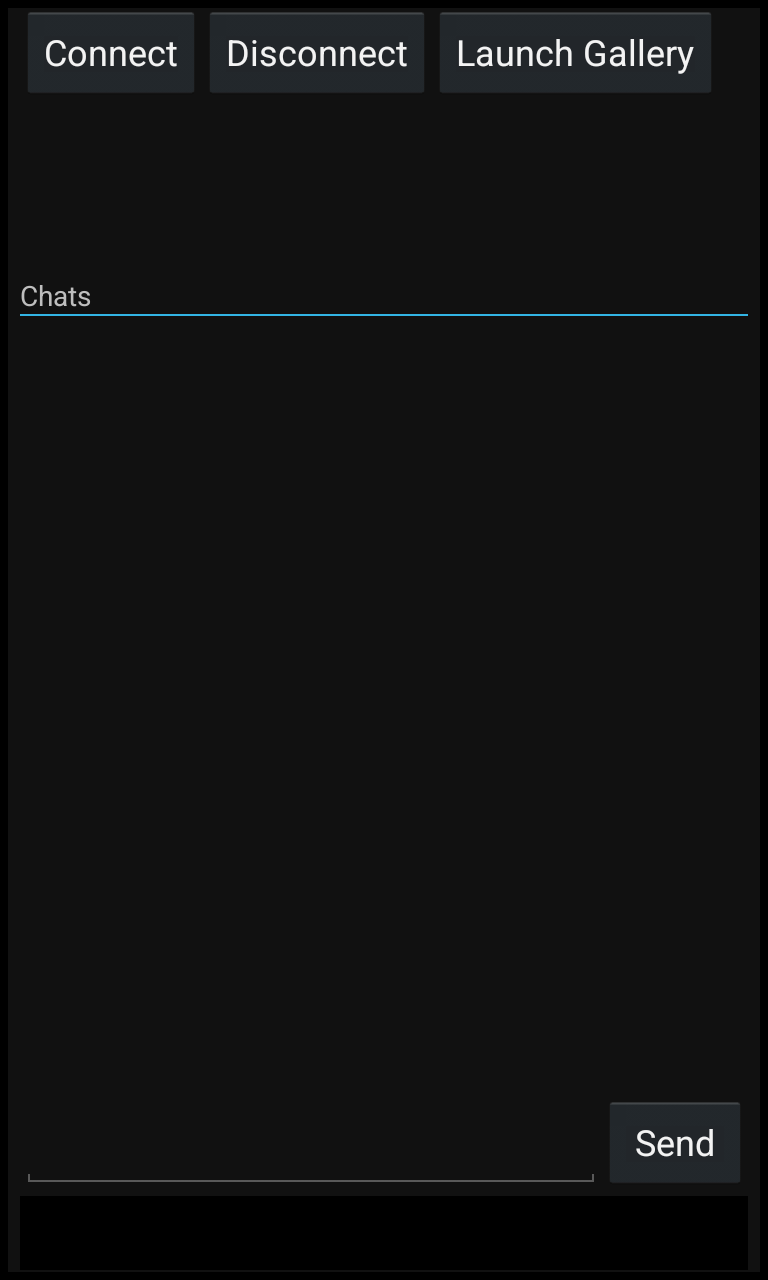
Repository: flyingbuffalo/AndroidTest
Layout: WiFiDirectDemo/res/layout/device_detail.xml
These files come from the project's save history. The layout is drawn as it stood at one moment and after the next save; the edit follows.
It is drawn on a 768 x 1280 px phone screen (xhdpi) without system bars, with theme android:Theme.Holo; the app's code is not run. Lists and similar views that code fills are empty.

Above is the layout before, as saved 2014-08-05 13:39:56.

After the next save:
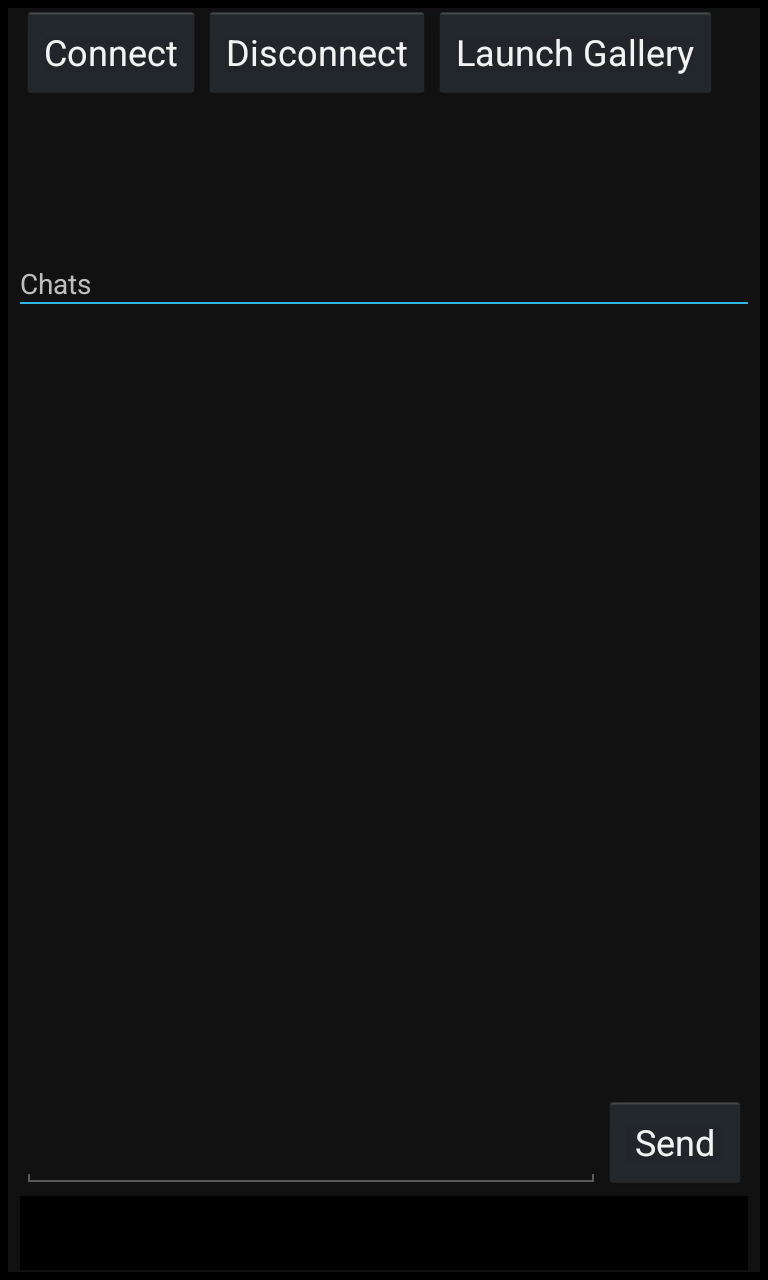
Saved 9 s later.
--- a/WiFiDirectDemo/res/layout/device_detail.xml
+++ b/WiFiDirectDemo/res/layout/device_detail.xml
@@ -64,10 +64,10 @@
         <LinearLayout
             android:orientation="vertical"
             android:layout_width="match_parent"
-            android:layout_height="wrap_content">
+            android:layout_height="wrap_content"
+            android:layout_marginTop="6dp">
 
 	        <TextView
-	            android:layout_marginTop="12dp"
 		        android:layout_width="fill_parent"
 		        android:layout_height="wrap_content"
 		        android:gravity="center_vertical"
